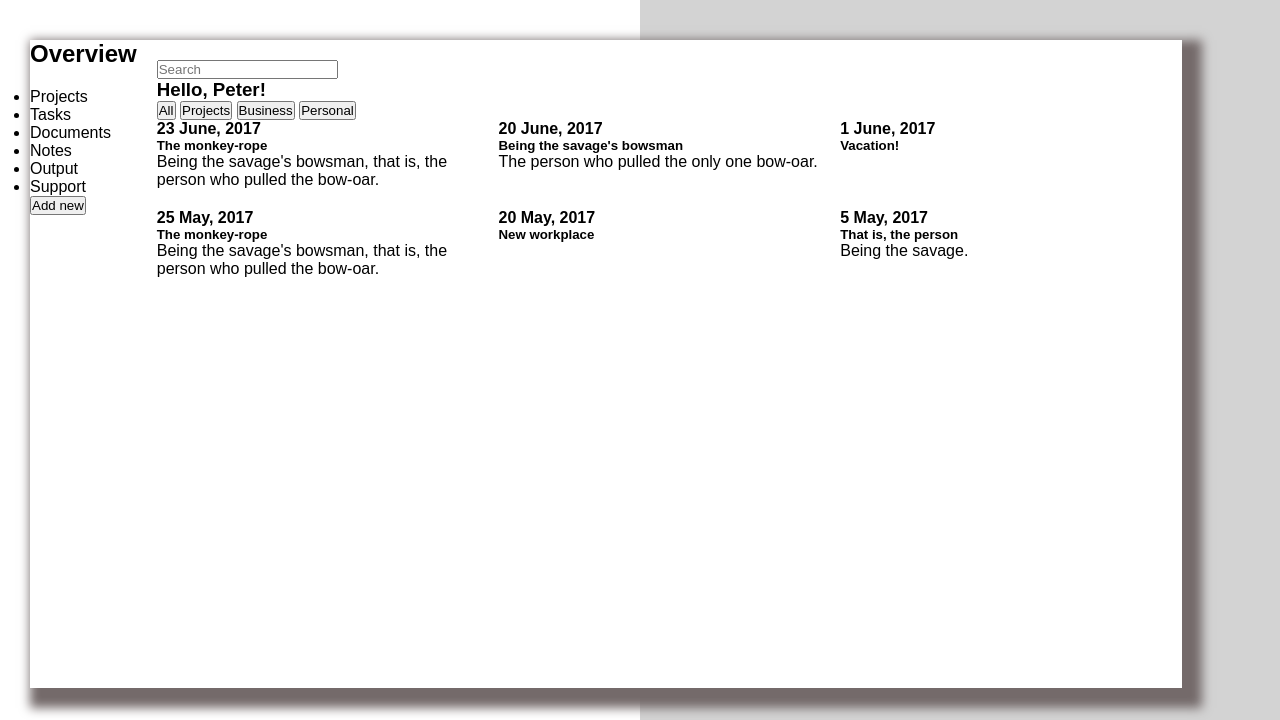
Repository: SatenikGabrielyan/HTML_CSS-_Assignment
Page: index.html
The author's editor kept a copy of each file at every save. The page is drawn from the files as they stood at one save, then again after a run of saves.
The browser window is 1280 px wide. The pictures show the whole page.

Above is the page before, as saved 2025-03-17 19:48:04.

### index.html
<!DOCTYPE html>
<html lang="en">
  <head>
    <meta charset="UTF-8" />
    <meta name="viewport" content="width=device-width, initial-scale=1.0" />
    <title>Notes App</title>
    <link rel="stylesheet" href="./style.css" />
    <!-- Include Font Awesome for icons -->
    <link href="https://cdnjs.cloudflare.com/ajax/libs/font-awesome/6.0.0-beta3/css/all.min.css" rel="stylesheet"/>
  </head>
  <body>

      <div class="cont">
          <div class="purp"></div>
          <div class="whit"></div>
      </div>
    <div class="container">
<!--
      <nav class="sidebar">
        <div class="sidebar-header">
          <h2>Notes</h2>
        </div>
        <ul class="sidebar-list">
          <li><i class="fas fa-home"></i> Home</li>
          <li><i class="fas fa-search"></i> Search</li>
          <li><i class="fas fa-bell"></i> Notifications</li>
        </ul>
      </nav>

      <main class="main-content">
        <header>
          <div class="header-left">
            <p>Hello, Peter!</p>
          </div>
          <div class="header-right">
            <i class="fas fa-bell"></i>
            <button class="add-note-btn">
              <i class="fas fa-plus"></i> Add New Note
            </button>
          </div>
        </header>
        <section class="notes-grid">

          <div class="note-item image-note">
            <img src="https://via.placeholder.com/150" alt="Note Image" />
          </div>

          <div class="note-item text-note">
            <p>Sample text note content...</p>
          </div>

          <div class="note-item mixed-note">
            <img src="https://via.placeholder.com/150" alt="Note Image" />
            <p>Sample mixed note content...</p>
          </div>
        </section>
      </main> -->
      <aside class="sidebar">
        <header>
            <h2>Overview</h2>
        </header>
        <nav>
            <ul>
                <li>Projects</li>
                <li>Tasks</li>
                <li>Documents</li>
                <li>Notes</li>
                <li>Output</li>
                <li>Support</li>
            </ul>
        </nav>
        <button class="add-new">Add new</button>
    </aside>

    <main class="main-content">
        <div class="header">
            <input type="text" placeholder="Search">
            <h3>Hello, Peter!</h3>
        </div>
        <div class="tabs">
            <button>All</button>
            <button>Projects</button>
            <button>Business</button>
            <button>Personal</button>
        </div>
        <div class="notes-grid">
            <div class="note-card">
                <h4>23 June, 2017</h4>
                <h5>The monkey-rope</h5>
                <p>Being the savage's bowsman, that is, the person who pulled the bow-oar.</p>
            </div>
            <div class="note-card">
                <h4>20 June, 2017</h4>
                <h5>Being the savage's bowsman</h5>
                <p>The person who pulled the only one bow-oar.</p>
            </div>
            <div class="note-card">
                <h4>1 June, 2017</h4>
                <h5>Vacation!</h5>
            </div>
            <div class="note-card">
                <h4>25 May, 2017</h4>
                <h5>The monkey-rope</h5>
                <p>Being the savage's bowsman, that is, the person who pulled the bow-oar.</p>
            </div>
            <div class="note-card">
                <h4>20 May, 2017</h4>
                <h5>New workplace</h5>
            </div>
            <div class="note-card">
                <h4>5 May, 2017</h4>
                <h5>That is, the person</h5>
                <p>Being the savage.</p>
            </div>
        </div>
    </main>
    </div>

  </body>
</html>

### style.css
/* CSS Variables for Colors */
/* :root {
    --bg-color: #fbfbfb;
    --primary-color: #8981d8;
    --secondary-color: #d0d0d0;
    --text-color: #858499;
    --highlight-color: #7f77cc;
    --hover-color: rgba(137, 129, 216, 0.5);
  } */

  /* General Reset */
  * {
    margin: 0;
    padding: 0;
    box-sizing: border-box;
  }

  body {
    font-family: Arial, sans-serif;
    background-color: var(--bg-color);
    display: flex;
    height: 100vh;
  }
  /* .wrapper{
    position: relative;
  } */
  .cont{
      display: flex;
      width: 100%;
      position: relative;
      z-index: -1;
      border-radius: 10px;
  }
.purp {
    width: 50%;
    background-color: var(--primary-color);
    flex-direction: row;
}
.whit {
    width: 50%;
    background-color: lightgray;
    flex-direction: row;
}
  .container {
    display: flex;
    width: 90%;
    height: 90%;

    box-shadow: 10px 10px 10px 10px rgb(116, 106, 106);
    margin-left: 30px;
    margin-right: 30px;
    margin-top: 40px;
    margin-bottom: 80px;
    background: center;
    position: absolute;
    z-index: 2;
  }

  /* Sidebar Styling */
  /* .sidebar {
    width: 150px;
    background-color: var(--primary-color);
    color: #fff;
    display: flex;
    flex-direction: column;
    padding: 20px;
  }

  .sidebar-header h2 {
    margin-bottom: 20px;
  }

  .sidebar-list {
    list-style: none;
  }

  .sidebar-list li {
    margin: 15px 0;
    display: flex;
    align-items: center;
    cursor: pointer;
  }

  .sidebar-list li i {
    margin-right: 10px;
  }

  /* Main Content Styling */
  .main-content {
    background-color: white;
    flex-grow: 1;
    padding: 20px;
    overflow-y: auto;
  }

  header {
    display: flex;
    justify-content: space-between;
    align-items: center;
    margin-bottom: 20px;
  }

  .header-left p {
    font-size: 1.2em;
    color: var(--text-color);
  }

  .header-right {
    display: flex;
    align-items: center;
  }

  .header-right i {
    margin-right: 20px;
    cursor: pointer;
  }

  .add-note-btn {
    background-color: var(--primary-color);
    color: #fff;
    border: none;
    padding: 10px 20px;
    cursor: pointer;
    display: flex;
    align-items: center;
  }

  .add-note-btn i {
    margin-right: 10px;
  }


  .notes-grid {
    display: grid;
    grid-template-columns: repeat(auto-fill, minmax(300px, 1fr));
    gap: 20px;
  }

  .note-item {
    background-color: #fff;
    border-radius: 8px;
    box-shadow: 0 2px 4px rgba(0, 0, 0, 0.1);
    overflow: hidden;
    display: flex;
    flex-direction: column;
    padding: 20px;
  }

  .note-item img {
    width: 100%;
    height: auto;
    border-radius: 8px;
    margin-bottom: 15px;
  }

  .note-item p {
    color: var(--text-color);
    font-size: 1em;
    line-height: 1.5;
  }


  .sidebar-list li:hover {
    background-color: var(--highlight-color);
    transition: background-color 0.3s ease;
  }


  @media (max-width: 768px) {
    .container {
      flex-direction: column;
    }

    .sidebar {
      width: 100%;
      flex-direction: row;
      justify-content: space-around;
      padding: 10px;
    }

    .sidebar-list {
      display: flex;
      flex-direction: row;
      gap: 15px;
    }

    .sidebar-list li {
      margin: 0;
    }

    .main-content {
      padding: 10px;
    }

    header {
      flex-direction: column;
      align-items: flex-start;
    }

    .header-right {
      margin-top: 10px;
    }

    .notes-grid {
      grid-template-columns: 1fr;
    }

    .note-item {
      padding: 10px;
    }

    .note-item img {
      margin-bottom: 10px;
    }
  } */

After the next 2 saves:
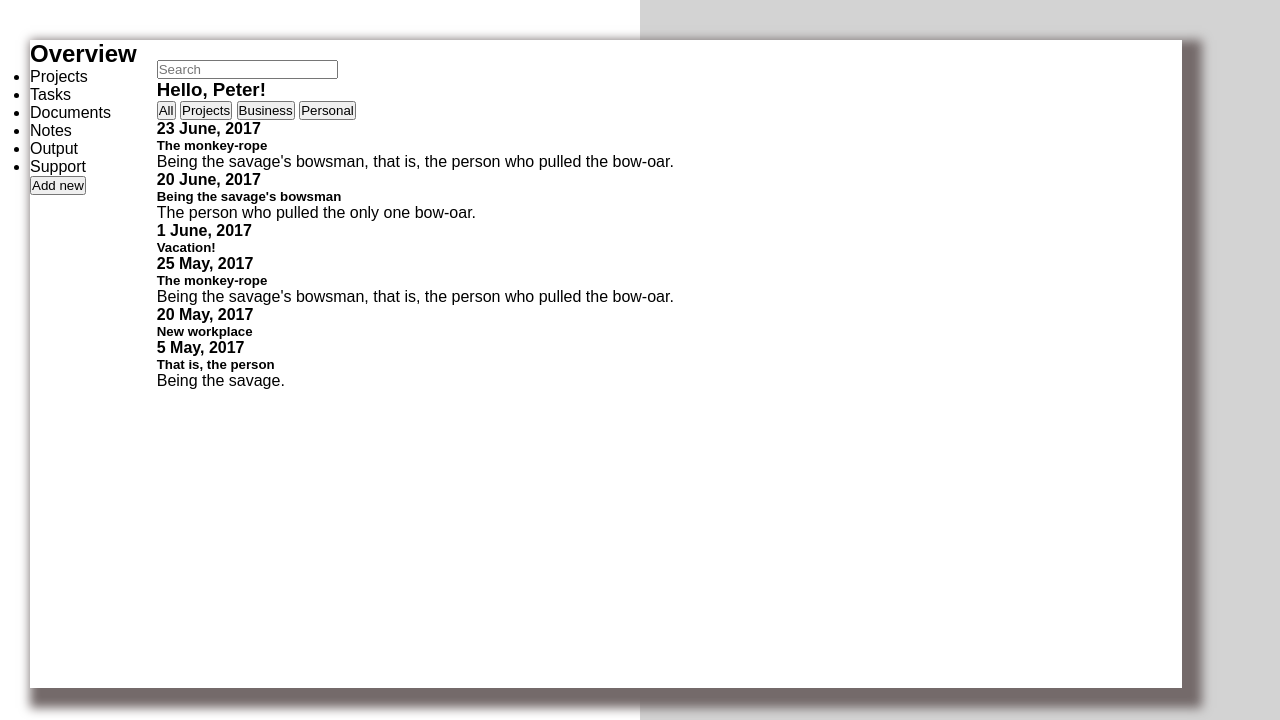
The 2 saves are shown as one change because they came seconds apart.
The last was saved 19 s later.
--- a/style.css
+++ b/style.css
@@ -93,7 +93,7 @@
     overflow-y: auto;
   }
 
-  header {
+  /* header {
     display: flex;
     justify-content: space-between;
     align-items: center;
